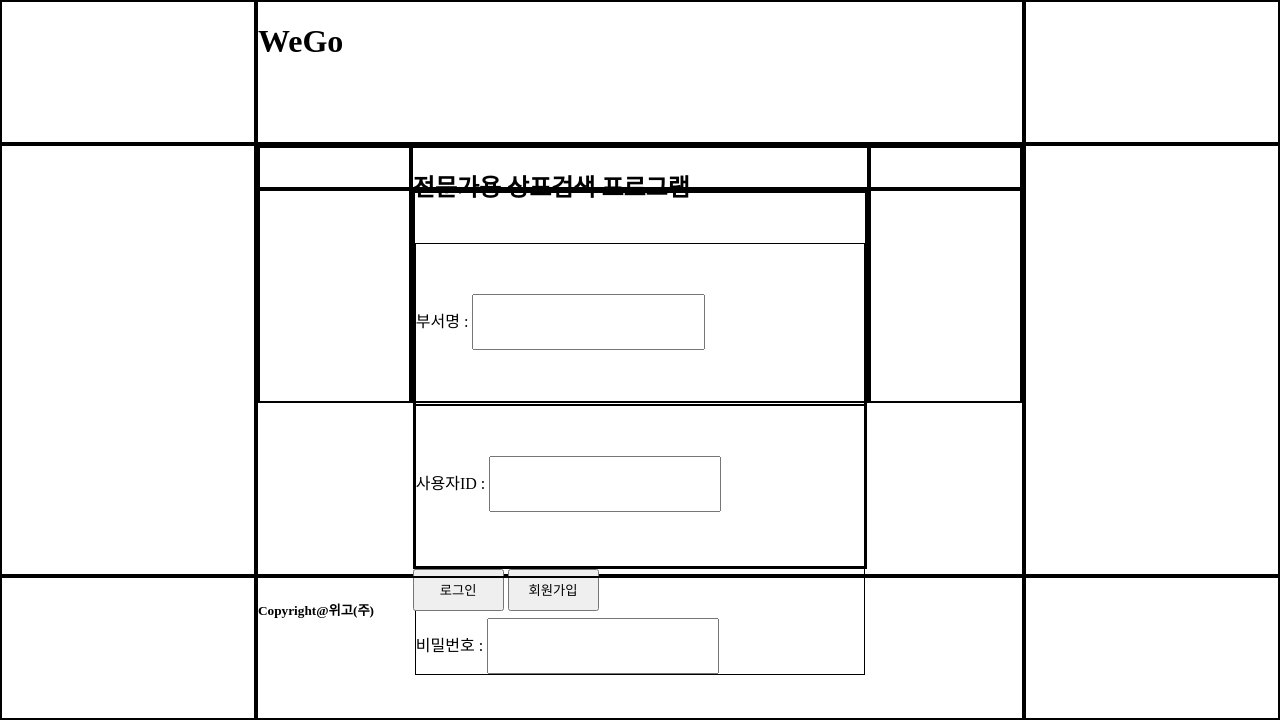
Repository: hamuse/wego1
Page: http://localhost/teamW1/facade.do
The author's editor kept a copy of each file at every save. The page is drawn from the files as they stood at one save, then again after the next save.
The browser window is 1280 px wide. The pictures show the whole page.
Some web libraries are served in a nearby version. The page is served by Tomcat 9. Other server files are loaded and not shown.

Above is the page before, as saved 2019-10-07 10:52:17.

### teamW1/WebContent/WEB-INF/views/facade/main.jsp
<%@ page language="java" contentType="text/html; charset=UTF-8"
   pageEncoding="UTF-8"%>
<%@ taglib prefix="c" uri="http://java.sun.com/jsp/jstl/core" %>
<jsp:include page="../common/head.jsp"/>
<div class="container">
<div></div><div><h2>전문가용 상표검색 프로그램</h2></div><div></div>
<div></div>

<div class="content">
<c:choose>
    <c:when test="${page eq 'login'}">
    <jsp:include page="login.jsp"/>
    </c:when>
    <c:when test="${page eq 'join'}">
    <jsp:include page="join.jsp"/>
    </c:when>
</c:choose>
</div>
<div></div>
</div>
<jsp:include page="../common/foot.jsp"/>

### teamW1/WebContent/WEB-INF/views/common/head.jsp
<%@ page language="java" contentType="text/html; charset=UTF-8"
    pageEncoding="UTF-8"%>
<!doctype html>
<html lang="en">
<head>
	<meta charset="UTF-8" />
	<title>Document</title>
	<script src='http://ajax.googleapis.com/ajax/libs/jquery/1.11.3/jquery.min.js'></script>
	<script src="${js}/app.js"></script>
	<link rel="stylesheet" type="text/css" href="${css}/style.css"></link>
</head>
<body>
<div class="wrapper" style="width: 100%; height:100%">
<div></div><div><h1>WeGo</h1></div><div></div>
<div></div>

### teamW1/WebContent/WEB-INF/views/facade/login.jsp
<%@ page language="java" contentType="text/html; charset=UTF-8"
   pageEncoding="UTF-8"%>


<form id="login_form">
<div id="login_tab">
    <div id="login_tab_item_1">
    부서명 : <input id="d_Name" class="input_text" type="text" name="dName"/>
    </div>
    <div id="login_tab_item_2">
    사용자ID : <input id="userName" class="input_text" type="text" name="empNo"/>
    </div>
    <div id="login_tab_item_3">
    비밀번호 : <input id="userPw" class="input_text" type="text" name="eName"/>
    </div>
</div>

    <input type="hidden" name="action" value="login" />
    <input type="hidden" name="page" value="mypage" />

    <input id="login_btn" type="button" value="로그인"/>
    <input id="join_btn" type="button" value="회원가입"/>

</form>


<script>
/*$('#login_btn').click(function(){
    alert('쫌!!!!떠라!!!!');
}); */
app.init('${ctx}');
</script>

### teamW1/WebContent/WEB-INF/views/common/foot.jsp
<%@ page language="java" contentType="text/html; charset=UTF-8"
    pageEncoding="UTF-8"%>

<div></div><div></div><div><h5>Copyright@위고(주)</h5></div>
<div></div>

</body>
</html>

### teamW1/src/com/web/team1/controllers/FacadeController.java
package com.web.team1.controllers;

import java.io.IOException;
import javax.servlet.ServletException;
import javax.servlet.annotation.WebServlet;
import javax.servlet.http.HttpServlet;
import javax.servlet.http.HttpServletRequest;
import javax.servlet.http.HttpServletResponse;

import com.web.team1.pool.Constants;

@WebServlet("/facade.do")
public class FacadeController extends HttpServlet {
	private static final long serialVersionUID = 1L;

	enum Resources {
		CTX, CSS, JS, IMG
	}
	protected void service(HttpServletRequest request, HttpServletResponse response) throws ServletException, IOException {
		for(Resources r : Resources.values()) {
			System.out.println("퍼사드>>>>>"+r.toString().toLowerCase());
//			    request.getSession().setAttribute(r.toString().toLowerCase(), request.getContextPath()+"/resources/"+r.toString().toLowerCase());
			    request.getSession().setAttribute(r.toString().toLowerCase(), request.getContextPath()+((r.toString().toLowerCase().equals("ctx"))
			    		?"" : "/resources/"+r.toString().toLowerCase()));
		}
		if(request.getParameter("page")==(null)) {
		request.setAttribute("page","login");
	}else {
		request.setAttribute("page", request.getParameter("page"));
		}
	request.getRequestDispatcher(
				String.format(Constants.DOUBLE_PATH,
						request.getServletPath().substring(1,request.getServletPath().indexOf(".")),
						"main"))
		.forward(request,response);
//		System.out.println("야 퍼사드로 들어오냥?");
//		 request
//		  .getRequestDispatcher(
//				  String.format(Constants.DOUBLE_PATH,request.getServletPath().substring(1,request.getServletPath().indexOf(".")),
//						  "login"))
//		  .forward(request, response);

	}
}

### teamW1/WebContent/resources/js/app.js
var app= (()=>{
    return{
        init : (ctx)=>{
            $('#login_btn').click(()=>{
                alert('로그인!!!!!!');
                location.assign(ctx+'/login.do?action=login&page=mypage');
            });
            $('#join_btn').click(()=>{
                alert('회원가입 이동');
                location.assign(ctx+'/facade.do?action=move&page=join');
            });
            btn.login2(ctx);
            btnjoin.joinbtn(ctx);
        }

    };
})();
var member = (()=>{
    var _dName,_deptNo,_eName,_empNo,_dName,_job,_mgr,_hireDate,_comm;
    var setEmpNo = (empNo)=>{this._empNo = empNo;}
    var setEName = (eName)=>{this._eName = eName;}
    var setDName = (dName)=>{this._dName = dName;}
    var getEmpNo = ()=>{return this._setEmpNo;}
    var getEName = ()=>{return this._setEName;}
    var getDName = ()=>{return this._setDName;}
    return{
        setEmpNo : setEmpNo,setEName : setEName,setDName : setDName,
        getEmpNo : getEmpNo,getEName : getEName,getDName : getDName
    };
})();
var btn= (()=>{
	return{
		 login2 : (ctx)=>{
			   $('#login_btn').click(()=>{
	            	if($('#d_Name').val()===''||$('#empNo').val()===''||
	            			$('#eName').val()===''){
	            		alert('필수값이 없습니다')}
	            		else{
	            			alert('입력한 아이디 값: '+$('#empNo').val());
	            			$('#login_form')
	            			$('#login_form').attr('action', ctx+'/login.do');
	            			$('#login_form').attr('method','POST');
	            			$('#login_form').submit();
	            		}
	            });
		 }
	};
})();

var btnjoin=(()=>{
	return{
		joinbtn : (ctx)=>{
			$('#join_btn1').click(()=>{
				alert('회원가입!!!됐냐?!!!');
				$('#join_form').attr('action',ctx+'/login.do');
				$('#join_form').submit();

			});
		}
	};
})();

### teamW1/WebContent/resources/css/style.css
@charset "UTF-8";
html, body{
	margin: 0;
	height: 100%;
	overflow: hidden;
}
.wrapper{
	display: grid;
	width: 100%
	height: 100%;
	grid-template-columns: 20% 60% 20%;
	grid-template-rows: 20% 60% 20%;
}
.wrapper div{
	border: 2px solid black;
}
.container{
	display: grid;
	width: 100%
	height: 100%;
	grid-template-columns: 20% 60% 20%;
	grid-template-rows: 10% 50% 10%;
}
.container div{
	border : 2px solid black;
}
#login_tab{
	display: grid;
	width: 100%
	height: 80%
	grid-template-columns: 50% 50%;
	grid-template-rows: 50% 50%;
	margin: 0 auto;
	padding-top: 50px;
}
#join_form{width: 100%; height: 100%}
#login_form{width: 100%; height: 100%}
#login_tab div{border : 1px solid black;}
#login_tab_item_1{grid-column: 1/5;}
#login_tab_item_2{grid-column: 1/5;}
#login_tab_item_3{grid-column: 1/5;}
#login_btn{width: 20%; height: 20%}
#join_btn{width: 20%; height: 20%}
.input_text{width: 50%; height: 50px; margin-top: 50px}

After the next save:
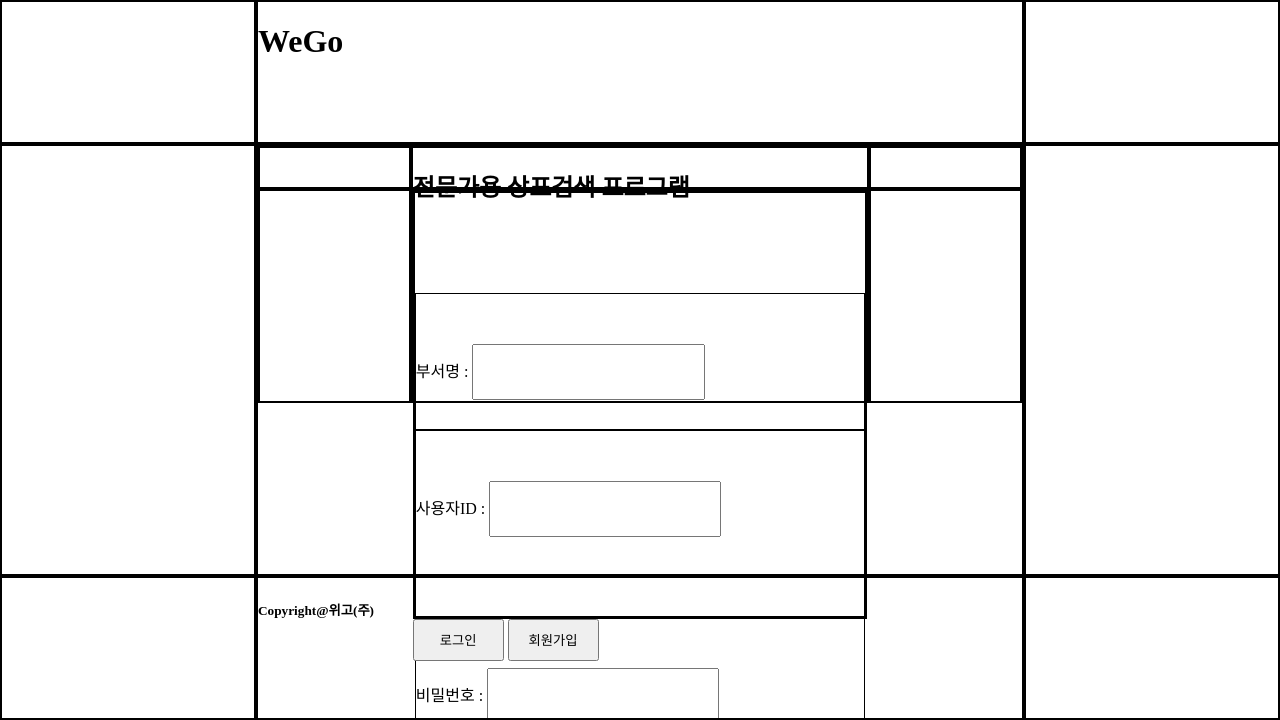
Saved 87 s later.
--- a/teamW1/WebContent/resources/css/style.css
+++ b/teamW1/WebContent/resources/css/style.css
@@ -36,7 +36,7 @@ html, body{
 #join_form{width: 100%; height: 100%}
 #login_form{width: 100%; height: 100%}
 #login_tab div{border : 1px solid black;}
-#login_tab_item_1{grid-column: 1/5;}
+#login_tab_item_1{grid-column: 1/5; margin-top: 50px}
 #login_tab_item_2{grid-column: 1/5;}
 #login_tab_item_3{grid-column: 1/5;}
 #login_btn{width: 20%; height: 20%}
